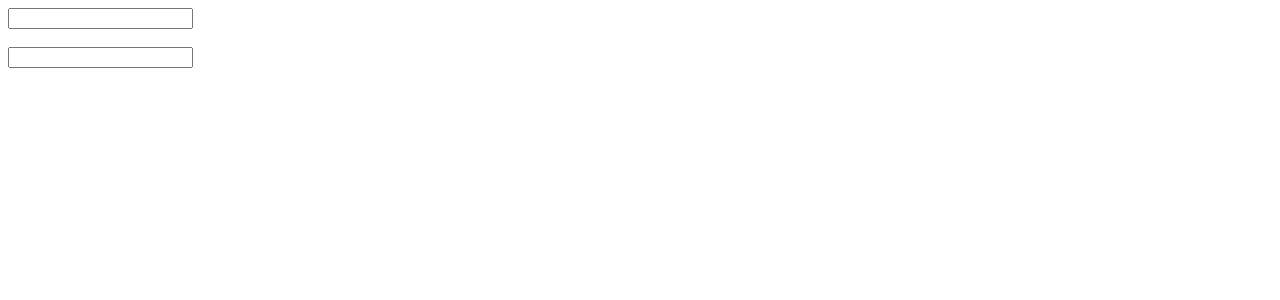
Repository: KYJIN1024/kic_jquery
Page: http://localhost/JQueryEx01/jquery08.jsp
These files come from the project's save history. The page is drawn as it stood at one moment and after the next save; the edit follows.
The browser window is 1280 px wide. The pictures show the whole page.
The page is served by Tomcat 9.

Above is the page before, as saved 2023-05-15 06:34:57.
Console error: SyntaxError: missing ) after argument list

After the next save:
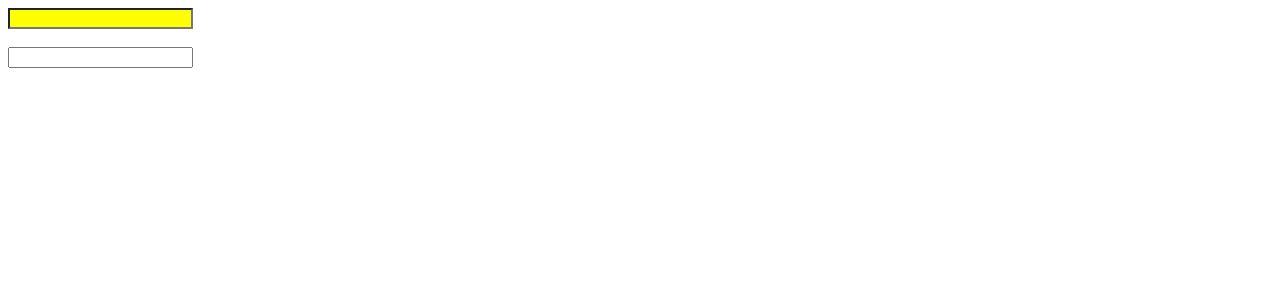
The error is gone.
Saved 21 s later.
--- a/JQueryEx01/src/main/webapp/jquery08.jsp
+++ b/JQueryEx01/src/main/webapp/jquery08.jsp
@@ -12,7 +12,7 @@
 	// window.jquery => jquery => $ (축약된표현)
 	$( document ).ready(function(){
 		// 속성
-		$( 'input[type="text"].css( 'background-color', 'yellow' );
+		$( 'input[type="text"]').css( 'background-color', 'yellow' );
 
 	});
 
